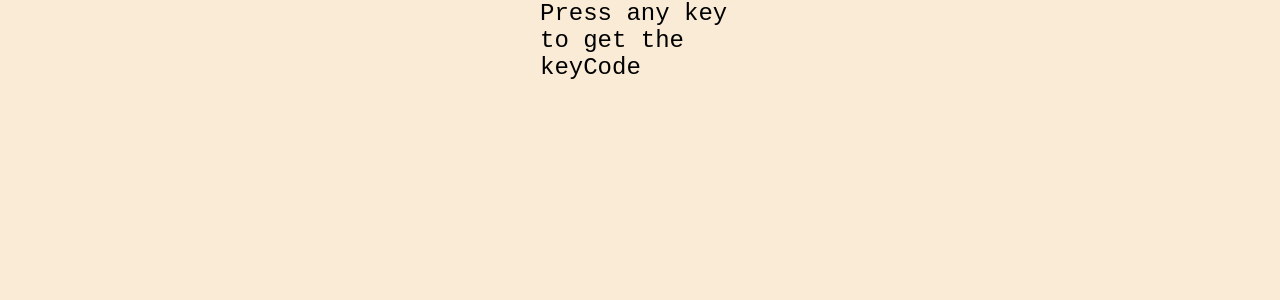
Repository: MMXiaohang/50projects50days-copy
Page: 11-event-keycodes/1-index.html
The author's editor kept a copy of each file at every save. The page is drawn from the files as they stood at one save, then again after the next save.
The browser window is 1280 px wide. The pictures show the whole page.

Above is the page before, as saved 2022-07-14 23:17:04.

### 11-event-keycodes/1-index.html
<!DOCTYPE html>
<html lang="en">
<head>
    <meta charset="UTF-8">
    <meta http-equiv="X-UA-Compatible" content="IE=edge">
    <meta name="viewport" content="width=device-width, initial-scale=1.0">
    <link rel="stylesheet" href="./1-style.css">
    <title>Event KeyCodes</title>
</head>
<body>
    <div class="insert">
        <div class="key">
            Press any key to get the keyCode
        </div>
    </div>

    <script src="./1-script.js"></script>
</body>
</html>

### 11-event-keycodes/1-style.css
*{
    box-sizing: border-box;
    margin: 0;
}

body {
    display: flex;
    justify-content: center;
    align-items: center;
    background-color: antiquewhite;
    font-family: 'Courier New', Courier, monospace;
}

.insert {
    width: 200px;
    height: 50px;
    font-size: 24px;

}

Loaded but not shown: 11-event-keycodes/1-script.js (no stored copy; drawn as an empty file)

After the next save:
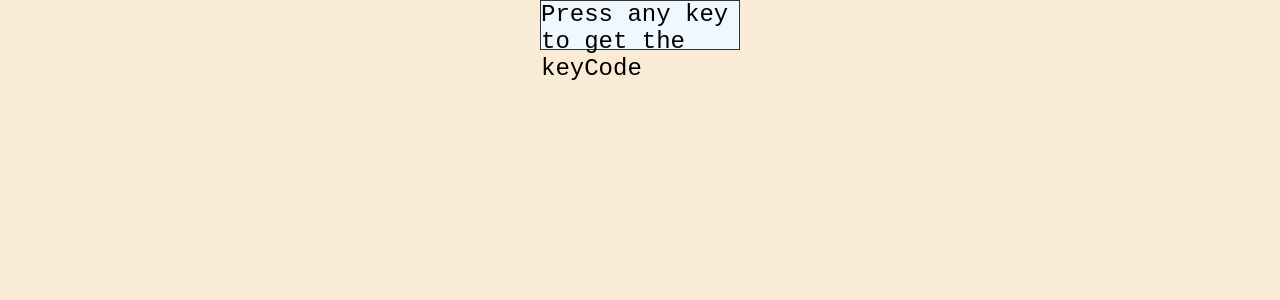
Saved 29 s later.
--- a/11-event-keycodes/1-style.css
+++ b/11-event-keycodes/1-style.css
@@ -15,5 +15,7 @@ body {
     width: 200px;
     height: 50px;
     font-size: 24px;
-
+    color: ;
+    border: 1px solid #333;
+    background-color: aliceblue;
 }
